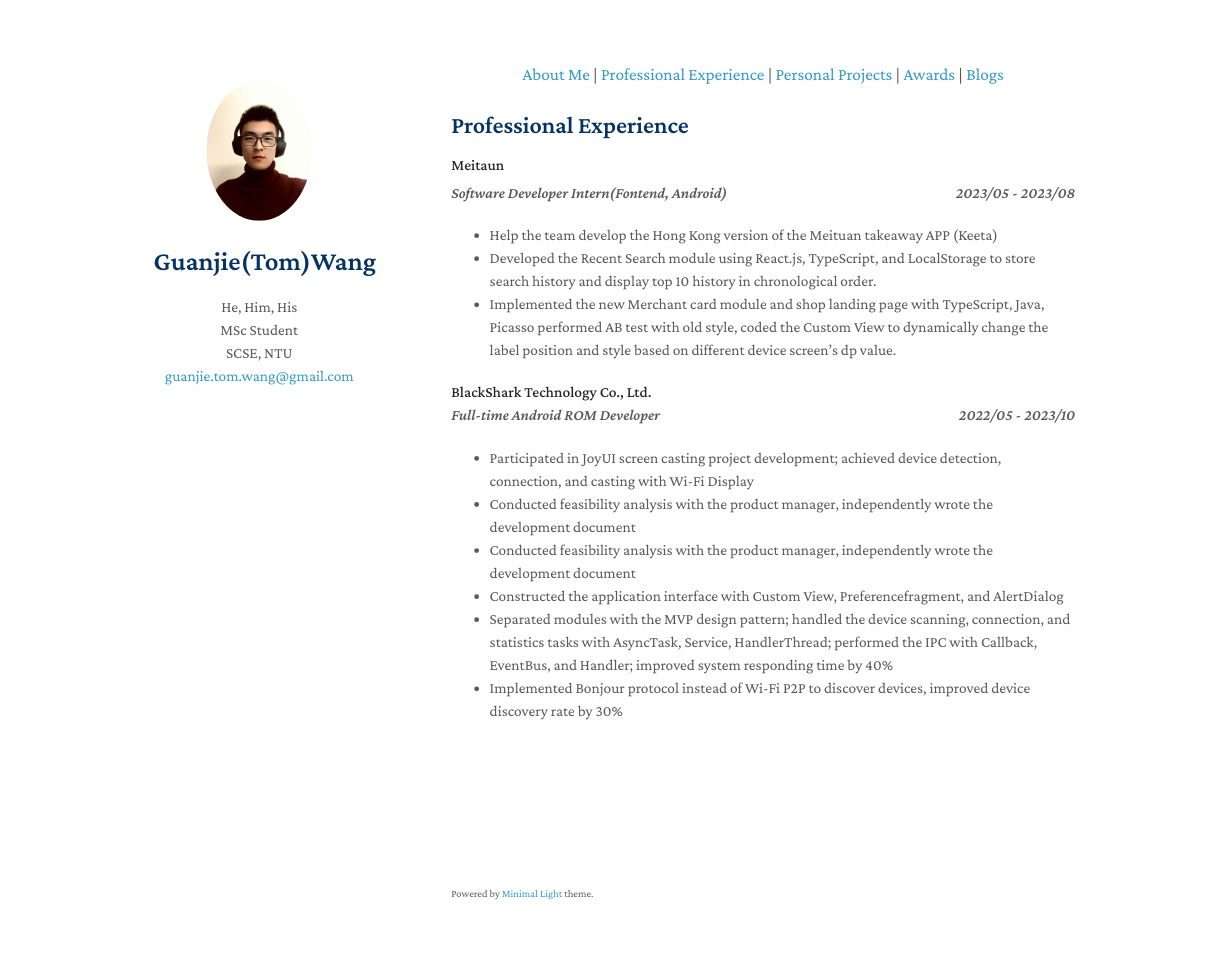
Repository: guanjie01/aboutme
Page: html/professional.html
The author's editor kept a copy of each file at every save. The page is drawn from the files as they stood at one save, then again after the next save.
The browser window is 1280 px wide. The pictures show the whole page, at 96% of full size.

Above is the page before, as saved 2023-07-31 18:47:25.

### html/professional.html
<!DOCTYPE html>
<html lang="en" class="">
  <head>
    <meta http-equiv="Content-Type" content="text/html; charset=UTF-8" />
    <title>Guanjie Wang</title>
    <link rel="shortcut icon" href="../assert/Icon.ico" />
    <meta http-equiv="X-UA-Compatible" content="IE=edge" />
    <meta name="viewport" content="width=device-width, initial-scale=1" />
    <meta
      name="description"
      content="The Minimal Light is a simple and elegant jekyll theme for academic personal homepage."
    />

    <meta name="keywords" content="minimal academic" />

    <link rel="stylesheet" href="../css/academicons.min.css" />

    <link rel="stylesheet" href="../css/all.min.css" />

    <link rel="stylesheet" href="../css/style.css" />
    <link
      type="text/css"
      rel="stylesheet"
      charset="UTF-8"
      href="../css/translateelement.css"
    />
  </head>
  <script src="../js/Professional.js"></script>
  <body data-new-gr-c-s-check-loaded="14.1087.0" data-gr-ext-installed="">
    <div id="app">
      <div class="spinner">
        <div class="rect1"></div>
        <div class="rect2"></div>
        <div class="rect3"></div>
        <div class="rect4"></div>
        <div class="rect5"></div>
      </div>
      <p style="text-align: center; font-size: 28px">Loading, please wait... </p>
    </div>
    <div class="wrapper">
    <header id="hd">
      <a class="image avatar"
        ><img
          src="../assert/Photo.jpg"
          alt="avatar"
          oncontextmenu="return false"
      /></a>

      <h1>Guanjie(Tom)Wang</h1>
      He, Him, His
      <br />
      MSc Student
      <br />

      SCSE, NTU

      <br />
      <a href="mailto: guanjie.tom.wang@gmail.com"
        >guanjie.tom.wang@gmail.com</a
      >
    </header>
    <section id="main">
      <nav id="nav">
        <a href="https://o-guanjiewang-o.github.io/guanjiewang.com/index.html">About Me</a> |
        <a href="https://o-guanjiewang-o.github.io/guanjiewang.com/html/professional.html">Professional Experience</a> |
        <a href="https://o-guanjiewang-o.github.io/guanjiewang.com/html/project.html">Personal Projects</a> |
        <a href="https://o-guanjiewang-o.github.io/guanjiewang.com/html/awards.html">Awards</a> |
        <a href="https://o-guanjiewang-o.github.io/guanjiewang.com/html/blogs.html">Blogs</a>
      </nav>
      <br />
      <div id="work-experience">
        <h2>Professional Experience</h2>
      <p>
          <strong style="float:left;margin-right:10px;">Meitaun</strong>
        </p>
        <br/>
        <p>
          <em style="float:left;">Software Developer Intern(Fontend, Android)</em>
          <em style="float:right;margin-left:10px;">2023/05 - 2023/08</em>
        </p>

        <br/>
        <ul>
          <li>
            Help the team develop the Hong Kong version of the Meituan takeaway APP (Keeta)
          </li>
          <li>
            Developed the Recent Search module using React.js, TypeScript, and LocalStorage to store search history and display top 10 history in chronological order.
          </li>
          <li>
            Implemented the new Merchant card module and shop landing page with TypeScript, Java, Picasso performed AB test with old style, coded the Custom View to dynamically change the label position and style based on different device screen’s dp value.
          </li>
        </ul>


        <p>
          <strong style="float:left;margin-right:10px;">BlackShark Technology Co., Ltd.</strong>
         </p>
        <br/>
        <p>
          <em style="float:left;">Full-time Android ROM Developer</em>
          <em style="float:right;margin-left:10px;">2022/05 - 2023/10</em>
        </p>
        <br/>
        <ul>
          <li>
            Participated in JoyUI screen casting project development; achieved
            device detection, connection, and casting with Wi-Fi Display
          </li>
          <li>
            Conducted feasibility analysis with the product manager,
            independently wrote the development document
          </li>
          <li>
            Conducted feasibility analysis with the product manager,
            independently wrote the development document
          </li>
          <li>
            Constructed the application interface with Custom View,
            Preferencefragment, and AlertDialog
          </li>
          <li>
            Separated modules with the MVP design pattern; handled the device
            scanning, connection, and statistics tasks with AsyncTask, Service,
            HandlerThread; performed the IPC with Callback, EventBus, and
            Handler; improved system responding time by 40%
          </li>
          <li>
            Implemented Bonjour protocol instead of Wi-Fi P2P to discover
            devices, improved device discovery rate by 30%
          </li>
        </ul>
      </div>

      <div id="reference">
        <br /><br /><br /><br /><br /><br />

        <p>
          <small
            >Powered by
            <a
              href="https://github.com/yaoyao-liu/minimal-light"
              target="_blank"
              rel="noopener"
              >Minimal Light</a
            >
            theme.</small
          >
        </p>
      </div>
    </section>
  </div>
  </body>
</html>

### css/style.css
@import url("https://fonts.googleapis.com/css2?family=Crimson+Pro:ital,wght@0,400;0,500;0,600;1,600&display=swap");
@import url("https://fonts.googleapis.com/css2?family=Ubuntu+Mono&display=swap");
body {
  background-color: #fff;
  padding: 0px;
  font: 16px/1.5 Crimson Pro, serif;
  color: #595959;
  font-weight: 400;
  margin: 0;
}
@keyframes fadeInAnimation {
  0% {
    opacity: 0; /*设置不透明度*/
  }
  100% {
    opacity: 1;
  }
}
.social-icons a {
  display: inline-block;
  height: 3rem;
  width: 3rem;
  background-color: #495057;
  color: #fff !important;
  border-radius: 100%;
  text-align: center;
  font-size: 1.5rem;
  line-height: 3.1rem;
  margin-right: 1rem;
}
.social-icons a:last-child {
  margin-right: 0;
}
.social-icons a:hover {
  background-color: #000000;
}
autocolor {
  color: #494949;
}
lightonly {
  visibility: visible;
}
darkonly {
  visibility: hidden;
}
education {
  font-weight: 500;
  font-size: 115%;
}
papertitle {
  font-weight: 600;
  font-size: 100%;
}
@media (prefers-color-scheme: dark) {
  body {
    background-color: #20212b;
    color: #dadbdf;
  }
  autocolor {
    color: #dadbdf;
  }
  lightonly {
    visibility: hidden;
  }
  darkonly {
    visibility: visible;
  }
  papertitle {
    color: #eeeff0;
  }
}
.image {
  border-radius: 0.35em;
  border: 0;
  display: inline-block;
  position: relative;
}
.image:before {
  -moz-transition: opacity 0.2s ease-in-out;
  -webkit-transition: opacity 0.2s ease-in-out;
  -ms-transition: opacity 0.2s ease-in-out;
  transition: opacity 0.2s ease-in-out;
  border-radius: 0.35em;
  content: "";
  display: block;
  height: 100%;
  left: 0;
  opacity: 0.5;
  position: absolute;
  top: 0;
  width: 100%;
}
.image.avatar {
  border-radius: 100%;
}
.image.avatar:before {
  display: none;
}
.image.avatar img {
  border-radius: 100%;
  width: 50%;
  padding: 20px;
}
#header .image.avatar {
  margin: 0 0 1em 0;
  width: 8em;
}
h1,
h3,
h4,
h5,
h6 {
  font-weight: 600;
  color: #043361;
  margin: 0 0 20px;
}
h2 {
  color: #043361;
  margin: 2px 0px 15px;
  font-size: 157%;
}
@media (prefers-color-scheme: dark) {
  h1,
  h3,
  h4,
  h5,
  h6 {
    color: #3eb7f0;
  }
  h2 {
    color: #3eb7f0;
  }
}
p,
ul,
ol,
table,
pre,
dl {
  margin: 0 0 20px;
}
h1,
h2,
h3 {
  line-height: 1.1;
}
h1 {
  font-size: 28px;
}
a {
  color: #39c;
  text-decoration: none;
}
a:hover {
  color: #069;
}
@media (prefers-color-scheme: dark) {
  a {
    color: #3eb7f0;
  }
}
a small {
  font-size: 11px;
  color: #777;
  margin-top: -0.3em;
  display: block;
}
a:hover small {
  color: #777;
}
.wrapper {
  width: 960px;
  margin: 0 auto;
}
blockquote {
  border-left: 1px solid #e5e5e5;
  margin: 0;
  padding: 0 0 0 20px;
  font-style: italic;
}
code,
pre {
  font-family: Monaco, Bitstream Vera Sans Mono, Lucida Console, Terminal,
    Consolas, Liberation Mono, DejaVu Sans Mono, Courier New, monospace;
  color: #333;
}
pre {
  max-width: 500px;
  padding: 8px 15px;
  background: #f8f8f8;
  border-radius: 5px;
  border: 1px solid #e5e5e5;
  overflow-x: auto;
}
table {
  width: 100%;
  border-collapse: collapse;
}
th,
td {
  text-align: left;
  padding: 5px 10px;
  border-bottom: 1px solid #e5e5e5;
}
dt {
  color: #444;
  font-weight: 500;
}
th {
  color: #444;
}
@media (prefers-color-scheme: dark) {
  th {
    color: #3eb7f0;
  }
  dt {
    color: #3eb7f0;
  }
}
img {
  max-width: 100%;
}
header {
  width: 220px;
  float: left;
  position: fixed;
  -webkit-font-smoothing: subpixel-antialiased;
  padding-top: 4em;
  text-align: center;
  animation: 1s fadeInAnimation;
  animation-iteration-count: 1;
  animation-fill-mode: forwards;
}
nav {
  text-align: center;
  font-size: large;
  animation: 1s fadeInAnimation;
  animation-iteration-count: 1;
  animation-fill-mode: forwards;
}
#about-me {
  animation: 1s fadeInAnimation;
  animation-iteration-count: 1;
  animation-fill-mode: forwards;
}
#work-experience {
  animation: 1s fadeInAnimation;
  animation-iteration-count: 1;
  animation-fill-mode: forwards;
}

#project {
  animation: 1s fadeInAnimation;
  animation-iteration-count: 1;
  animation-fill-mode: forwards;
}
#Awards {
  animation: 1s fadeInAnimation;
  animation-iteration-count: 1;
  animation-fill-mode: forwards;
}
#reference {
  animation: 1s fadeInAnimation;
  animation-iteration-count: 1;
  animation-fill-mode: forwards;
}
header ul {
  list-style: none;
  height: 40px;
  padding: 0;
  background: #f4f4f4;
  border-radius: 5px;
  border: 1px solid #e0e0e0;
  width: 270px;
}
header li {
  width: 89px;
  float: left;
  border-right: 1px solid #e0e0e0;
  height: 40px;
}
header li:first-child a {
  border-radius: 5px 0 0 5px;
}
header li:last-child a {
  border-radius: 0 5px 5px 0;
}
header ul a {
  line-height: 1;
  font-size: 11px;
  color: #999;
  display: block;
  text-align: center;
  padding-top: 6px;
  height: 34px;
}
header ul a:hover {
  color: #999;
}
header ul a:active {
  background-color: #f0f0f0;
}
strong {
  color: #222;
  font-weight: 500;
}
@media (prefers-color-scheme: dark) {
  strong {
    color: #eeeff0;
  }
}
header ul li + li + li {
  border-right: none;
  width: 89px;
}
header ul a strong {
  font-size: 14px;
  display: block;
  color: #222;
}
section {
  width: 650px;
  float: right;
  padding-top: 4em;
  padding-bottom: 50px;
}
small {
  font-size: 11px;
}
hr {
  border: 0;
  background: #e5e5e5;
  height: 1px;
  margin: 0 0 20px;
}
footer {
  width: 220px;
  float: left;
  position: fixed;
  bottom: 30px;
  -webkit-font-smoothing: subpixel-antialiased;
  text-align: center;
}
@media print, screen and (max-width: 960px) {
  div.wrapper {
    width: auto;
    margin: 0;
  }
  header,
  section,
  footer {
    float: none;
    position: static;
    width: auto;
  }
  header {
    padding-right: 320px;
  }
  section {
    border: 1px solid #e5e5e5;
    border-width: 1px 0;
    padding: 20px 0;
    margin: 0 0 20px;
  }
  header a small {
    display: inline;
  }
  header ul {
    position: absolute;
    right: 50px;
    top: 52px;
  }
  .image.avatar img {
    border-radius: 100%;
    width: 117px;
    padding: 20px;
  }
  #head1o2 {
    visibility: hidden;
  }
  #head2o2 {
    visibility: hidden;
  }
}
@media print, screen and (max-width: 960px) {
  body {
    word-wrap: break-word;
    padding: 15px;
  }
  header {
    padding: 0;
  }
  pre,
  code {
    word-wrap: normal;
  }
}
@media print, screen and (max-width: 480px) {
  body {
    padding: 15px;
  }
  header ul {
    width: 99%;
  }
  header li,
  header ul li + li + li {
    width: 33%;
  }
  .image.avatar img {
    border-radius: 100%;
    width: 95px;
    padding: 20px;
  }
  #head1o2 {
    visibility: hidden;
  }
  #head2o2 {
    visibility: hidden;
  }
}
@media print {
  body {
    padding: 0.4in;
    font-size: 12pt;
    color: #444;
  }
}
.biblink {
  text-decoration: none;
  display: inline;
  margin-right: 0px;
}
.fakelink {
  text-decoration: none;
  cursor: pointer;
}
.bibref {
  font-size: 70%;
  margin-top: 10px;
  margin-left: 0px;
  display: none;
  font-family: monospace;
}

.spinner {
  margin: 50px auto;
  width: 300px;
  height: 300px;
  text-align: center;
  font-size: 10px;
}

.spinner > div {
  background-color: #043361;
  height: 100%;
  width: 20px;
  display: inline-block;
  -webkit-animation: stretchDelay 1.2s infinite ease-in-out;
  animation: stretchDelay 1.2s infinite ease-in-out;
}

.spinner .rect2 {
  margin-left: 30px;
  -webkit-animation-delay: -1.1s;
  animation-delay: -1.1s;
}

.spinner .rect3 {
  margin-left: 30px;
  -webkit-animation-delay: -1s;
  animation-delay: -1s;
}

.spinner .rect4 {
  margin-left: 30px;
  -webkit-animation-delay: -0.9s;
  animation-delay: -0.9s;
}

.spinner .rect5 {
  margin-left: 30px;
  -webkit-animation-delay: -0.8s;
  animation-delay: -0.8s;
}

@-webkit-keyframes stretchDelay {
  0%,
  40%,
  100% {
    -webkit-transform: scaleY(0.4);
  }
  20% {
    -webkit-transform: scaleY(1);
  }
}

@keyframes stretchDelay {
  0%,
  40%,
  100% {
    transform: scaleY(0.4);
    -webkit-transform: scaleY(0.4);
  }
  20% {
    transform: scaleY(1);
    -webkit-transform: scaleY(1);
  }
}

Loaded but not shown: css/academicons.min.css (library); css/all.min.css (library); js/Professional.js (22 lines, source omitted); css/translateelement.css (924 lines, source omitted)

After the next save:
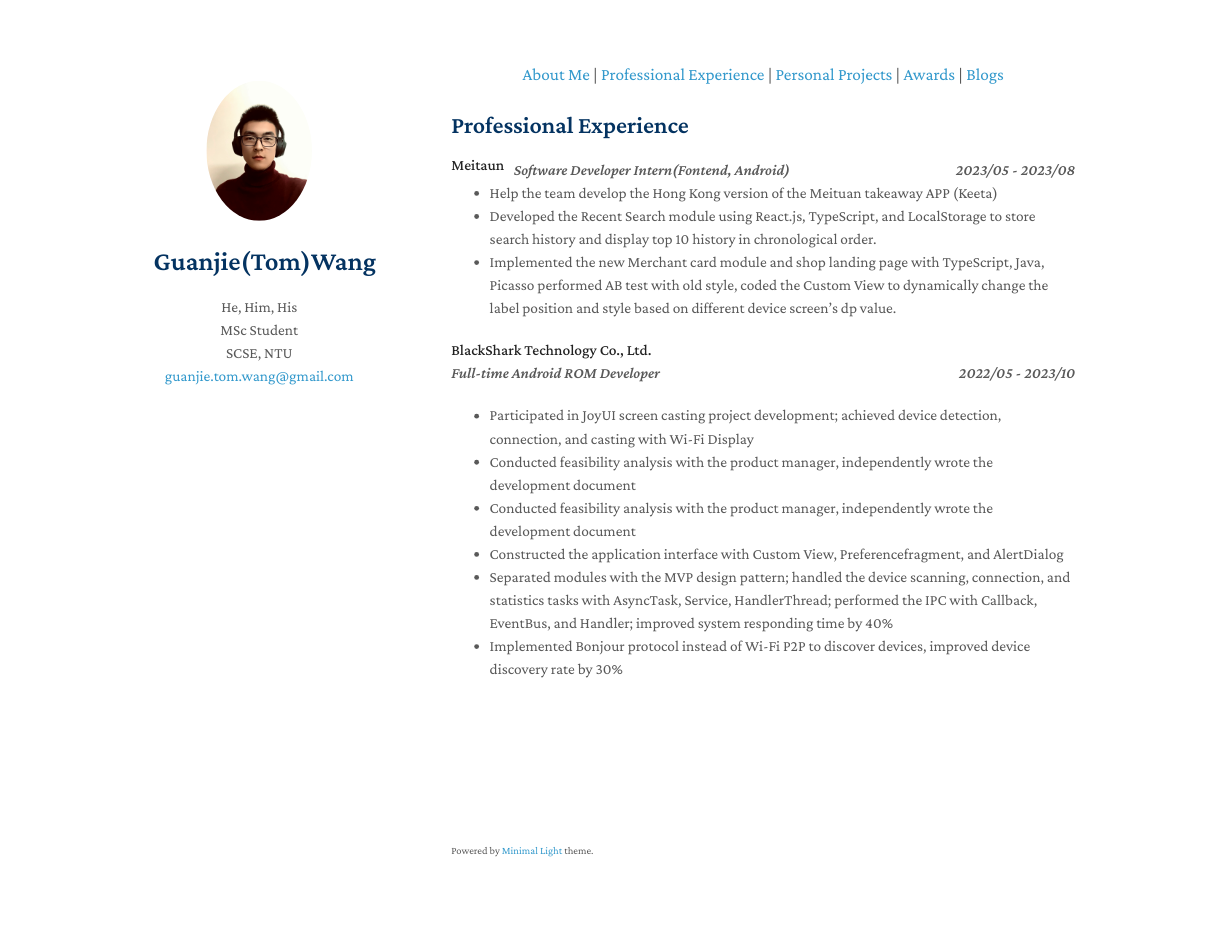
Saved 30 s later.
--- a/html/professional.html
+++ b/html/professional.html
@@ -71,9 +71,9 @@
       <div id="work-experience">
         <h2>Professional Experience</h2>
       <p>
-          <strong style="float:left;margin-right:10px;">Meitaun</strong>
+          <strong style="float:left;margin-right:10px;">Meitaun<br/></strong>
         </p>
-        <br/>
+
         <p>
           <em style="float:left;">Software Developer Intern(Fontend, Android)</em>
           <em style="float:right;margin-left:10px;">2023/05 - 2023/08</em>

After the save that followed:
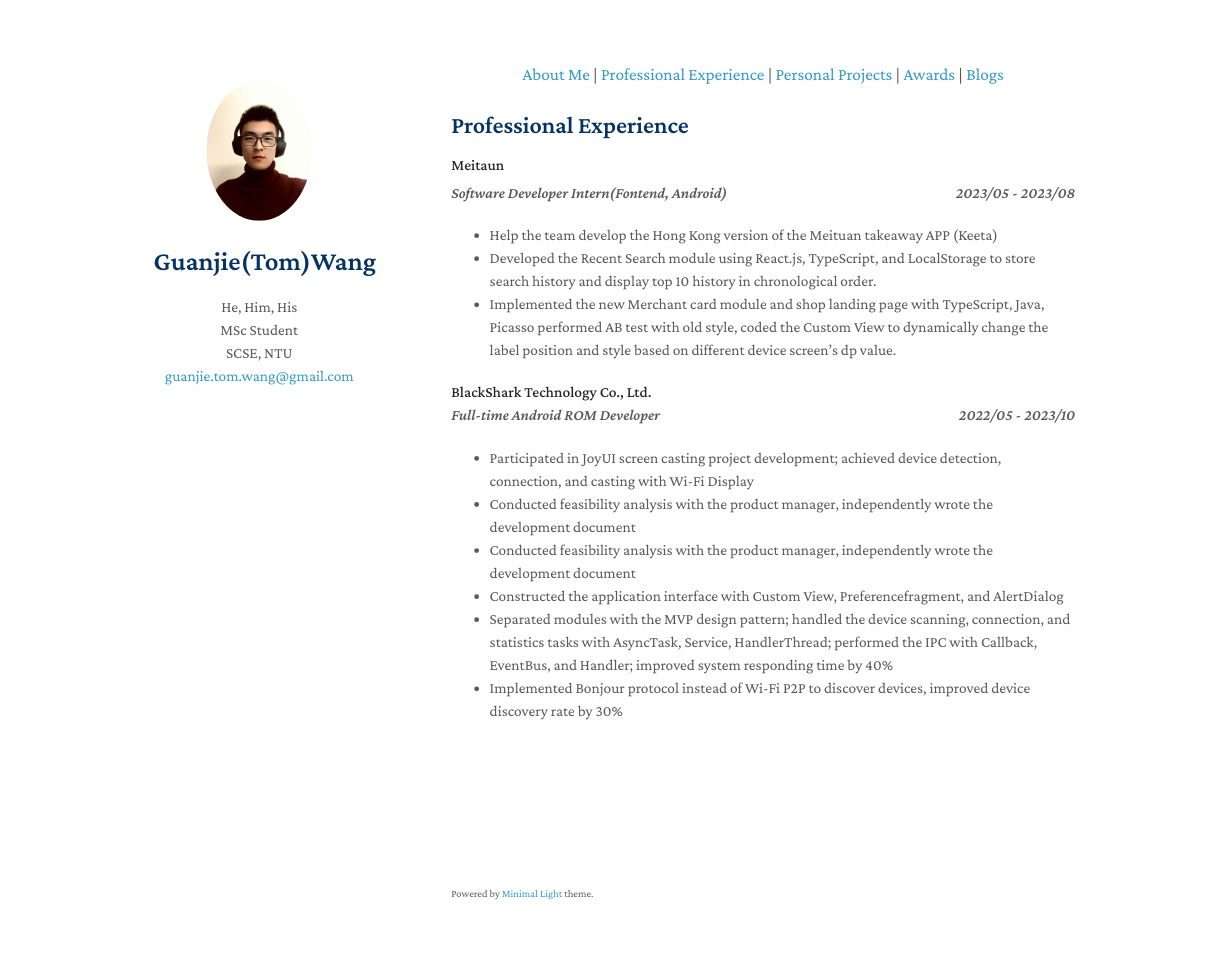
Saved 7 s later.
--- a/html/professional.html
+++ b/html/professional.html
@@ -71,9 +71,9 @@
       <div id="work-experience">
         <h2>Professional Experience</h2>
       <p>
-          <strong style="float:left;margin-right:10px;">Meitaun<br/></strong>
+          <strong style="float:left;margin-right:10px;">Meitaun</strong>
         </p>
-
+        <br/>
         <p>
           <em style="float:left;">Software Developer Intern(Fontend, Android)</em>
           <em style="float:right;margin-left:10px;">2023/05 - 2023/08</em>
